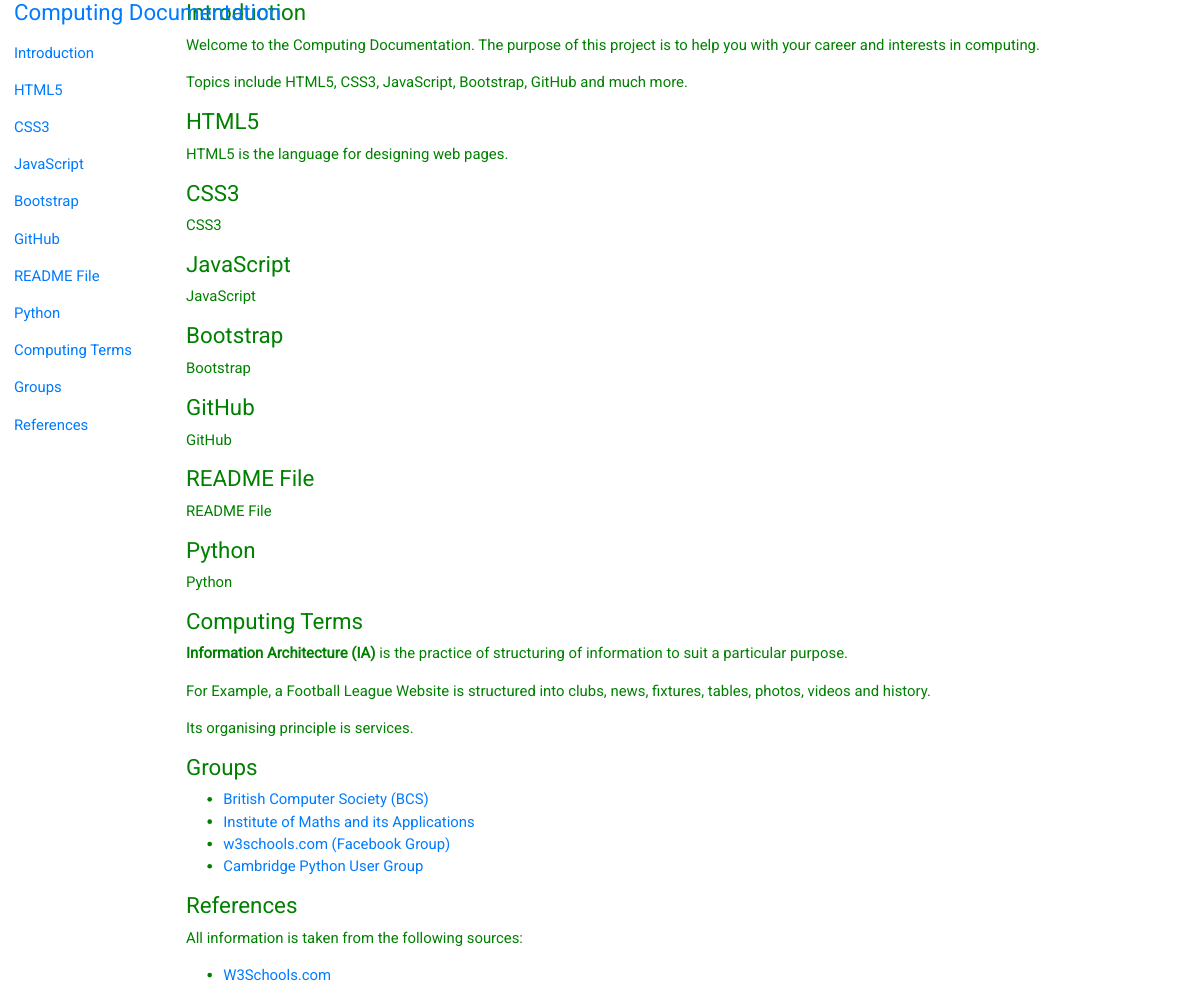
Repository: derektypist/technical-documentation-page
Page: index.html
The author's editor kept a record of every edit. The page is drawn from the files as they stood at one moment, then again after the next edit.
The browser window is 1280 px wide. The pictures show the whole page, at 93% of full size.

Above is the page before.

After the next edit:
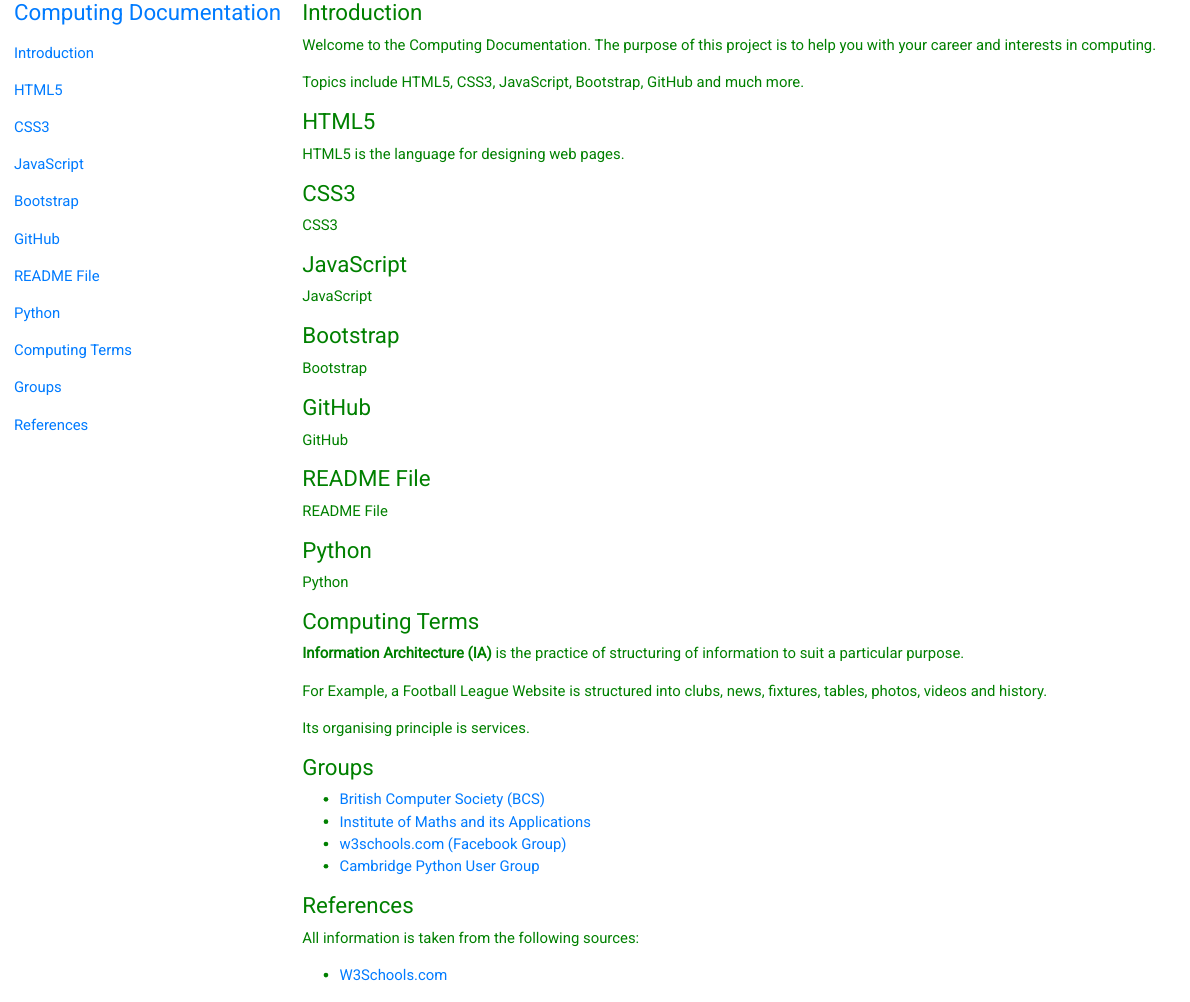
The edit:
--- a/index.html
+++ b/index.html
@@ -23,7 +23,7 @@
 
     #main-doc {
       font-family: "Roboto", Arial, Verdana, sans-serif;
-      padding-left: 200px;
+      padding-left: 325px;
     }
 
     /* Main Section */
